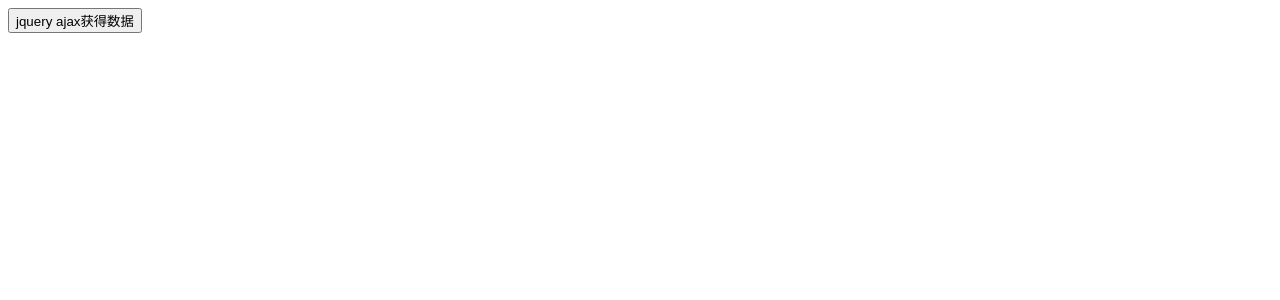
Repository: jsjchai/springmvc_study
Page: http://localhost/jquery02_ajax_json/post.jsp
The author's editor kept a copy of each file at every save. The page is drawn from the files as they stood at one save, then again after the next save.
The browser window is 1280 px wide. The pictures show the whole page.
After loading, the first visible `#b1` was clicked once.
The page is served by Tomcat 9.

Above is the page before, as saved 2015-04-08 15:22:36.

After the next save:
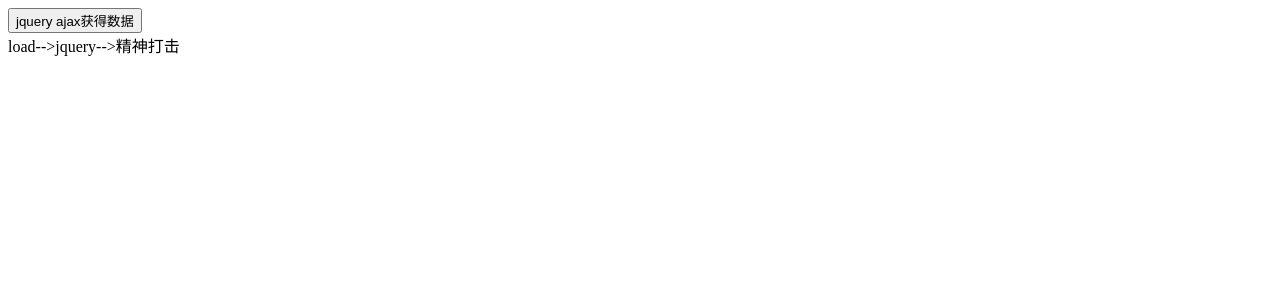
Saved 2 min 40 s later.
--- a/springmvc/jquery/jquery02_ajax_json/WebContent/post.jsp
+++ b/springmvc/jquery/jquery02_ajax_json/WebContent/post.jsp
@@ -10,7 +10,7 @@
 
 		$("#b1").click(function(){
 			alert("111");
-			$("#b1").load("jqueryServlet?action=load");
+			$("#d1").load("jqueryServlet?action=load");
 		});
 	});
 </script>
